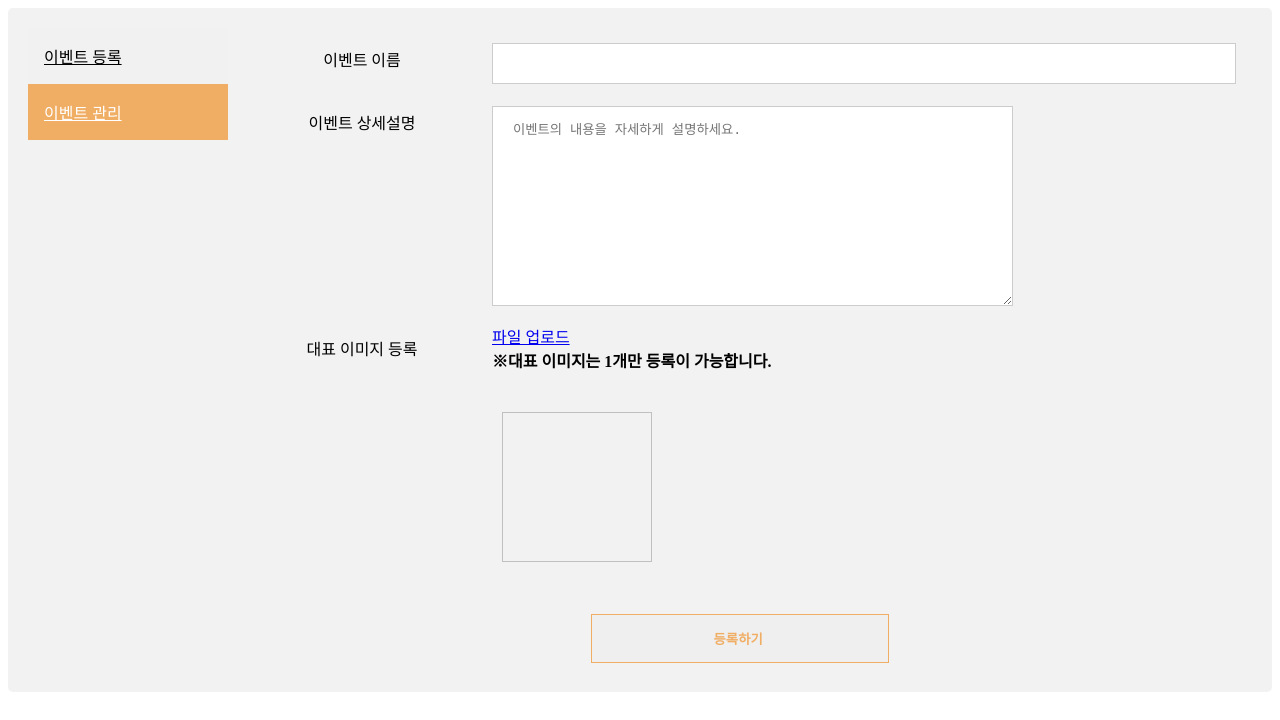
Repository: kdw0937/UdongProject
Page: http://localhost/matjib2/jsp/event_modify.jsp
An editor plug-in stored every save of this project. The page is shown before and after the next save, followed by the edit.
The browser window is 1280 px wide. The pictures show the whole page.
The page is served by Tomcat 9. The template is opened directly, without the code that normally fills it, so the values that code supplies are empty.

Above is the page before, as saved 2021-01-21 15:58:15.
Console error: ReferenceError: alter is not defined

After the next save:
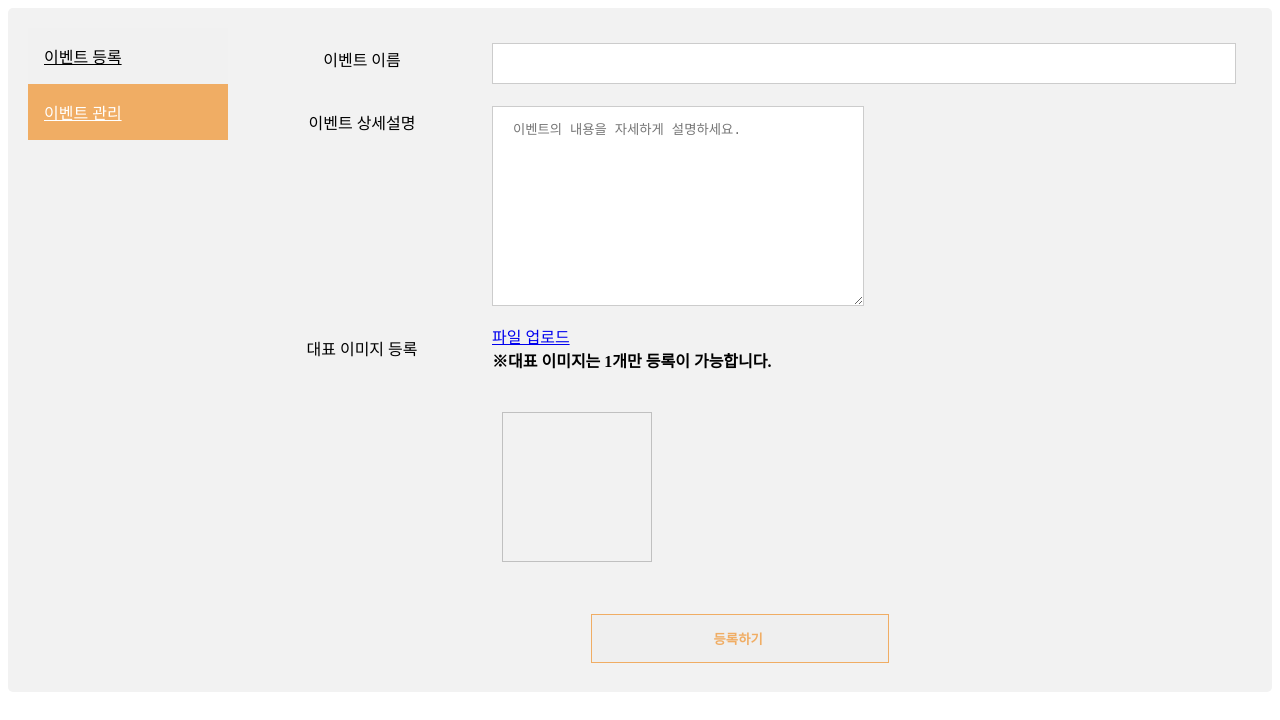
Saved 5 s later.
--- a/matjib2/src/main/webapp/css/store_regist.css
+++ b/matjib2/src/main/webapp/css/store_regist.css
@@ -64,7 +64,7 @@ input[type=text], select, textarea {
   box-sizing: border-box;
 }
 input[type=password], select, textarea {
-  width: 70%;
+  width: 50%;
   padding: 12px 20px;
   margin: 8px 0;
   display: inline-block;
